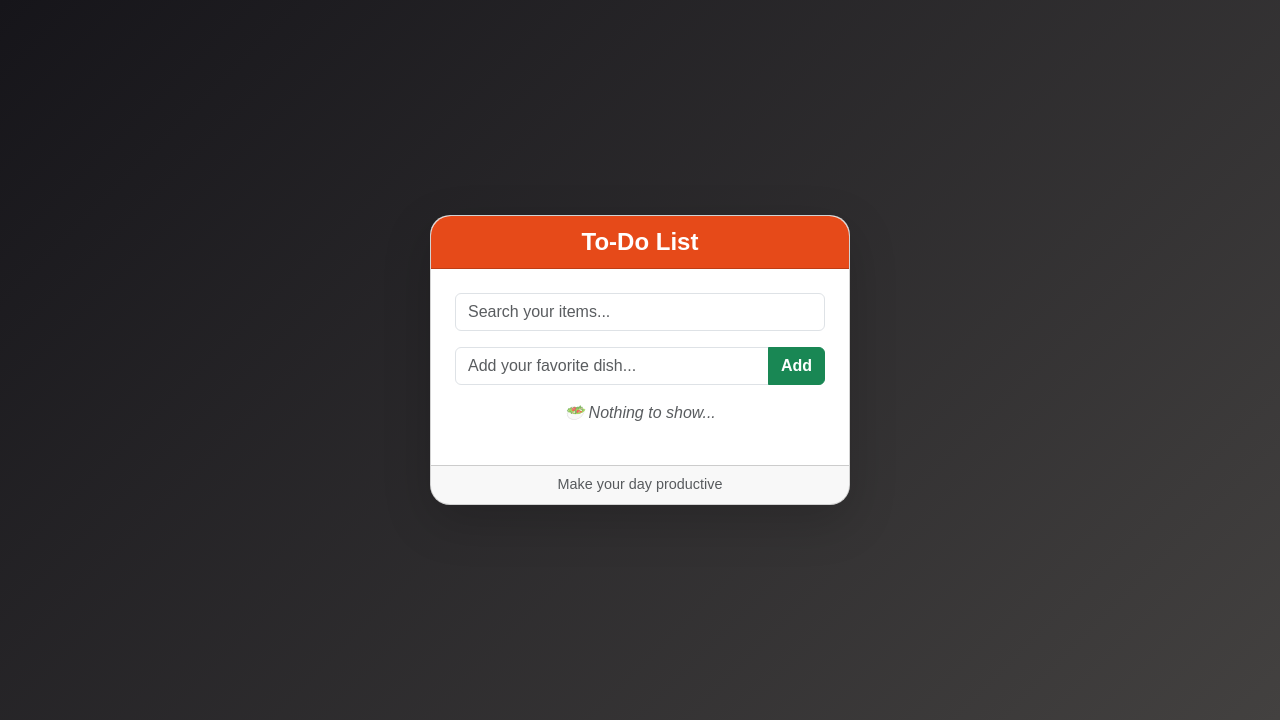
Repository: Dredphoenix/react-todo-app
Page: /
An editor plug-in stored every save of this project. The page is shown before and after the next save, followed by the edit.
The browser window is 1280 px wide. The pictures show the whole page.
The page's requests for data from a server got no answer. The project was rebuilt for these pictures with package versions that can differ from the ones it lists, and the page was loaded fresh each time. No one was signed in, and anything a server would have sent is missing. Also part of the build but not shown: vite.config.js.

Above is the page before, as saved 2025-10-01 14:40:09.

After the next save:
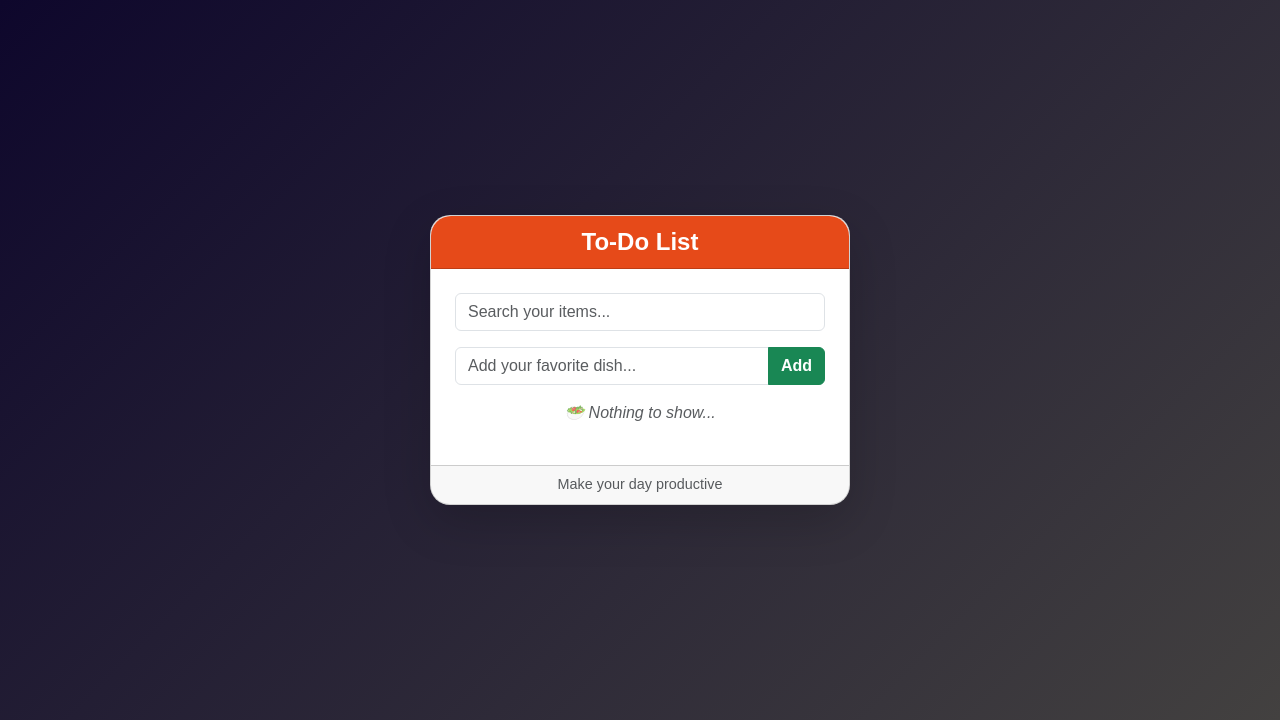
Saved 5 s later.
--- a/src/pages/Home.jsx
+++ b/src/pages/Home.jsx
@@ -83,7 +83,7 @@ const Home = () => {
     <div
       className="min-vh-100 d-flex align-items-center justify-content-center"
       style={{
-        background: "linear-gradient(135deg, #16151aff, #434140ff)",
+        background: "linear-gradient(135deg, #0e072cff, #434140ff)",
         fontFamily: "Poppins, sans-serif",
       }}
     >
